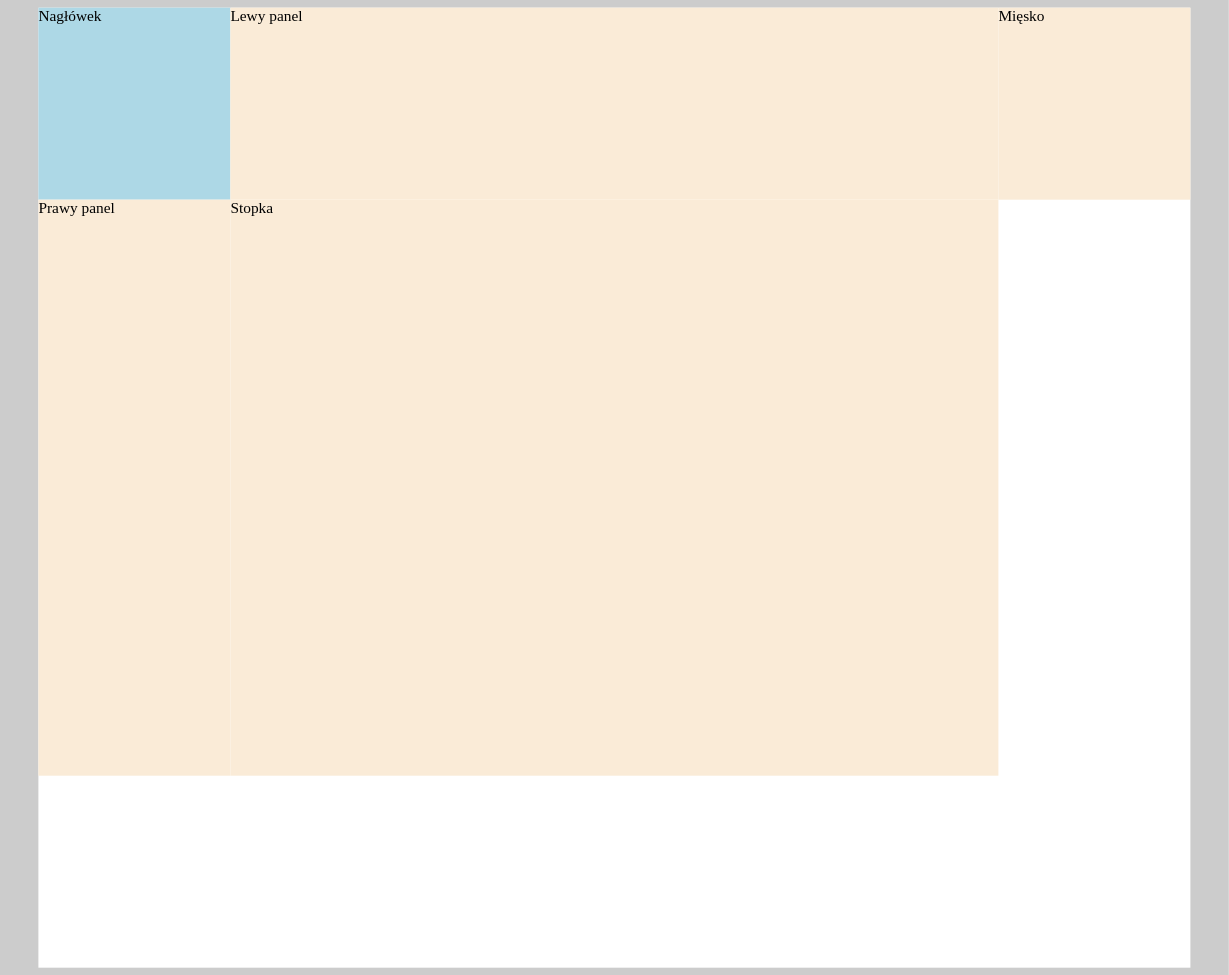
Repository: Gumiin/studia
Page: wykłady/14.04/index.html
The author's editor kept a copy of each file at every save. The page is drawn from the files as they stood at one save, then again after the next save.
The browser window is 1280 px wide. The pictures show the whole page, at 96% of full size.

Above is the page before, as saved 2021-04-14 14:05:33.

### wykłady/14.04/index.html
<!DOCTYPE html>
<html lang="en">
<head>
    <meta charset="UTF-8">
    <meta http-equiv="X-UA-Compatible" content="IE=edge">
    <meta name="viewport" content="width=device-width, initial-scale=1.0">
    <link rel="stylesheet" href="style.css">
    <title>Document</title>
</head>
<body>
    <main>
        <header>Nagłówek</header>
        <aside>Lewy panel</aside>
        <article>Mięsko</article>
        <section>Prawy panel</section>
        <footer>Stopka</footer>
    </main>
</body>
</html>

### wykłady/14.04/style.css
body{
    background-color: #ccc;
}
main{
    margin: 0 auto;
    background:#fff;
    /*height: 800px;*/
    width: 1200px;
    display: grid;
    grid-template-columns: [start] 200px [sl] 800px [thl] 200px [end];
    grid-template-rows: 200px 600px 200px;
    /*grid-auto-rows: 400px;*/
}
main > *{
    background-color: antiquewhite;
}
header{
    background-color: lightblue;
    grid-column-start: start;
    grid-column-end: sl;
    /* grid-row: 1/3; */
    /* grid-column: 1/4; */
}

After the next save:
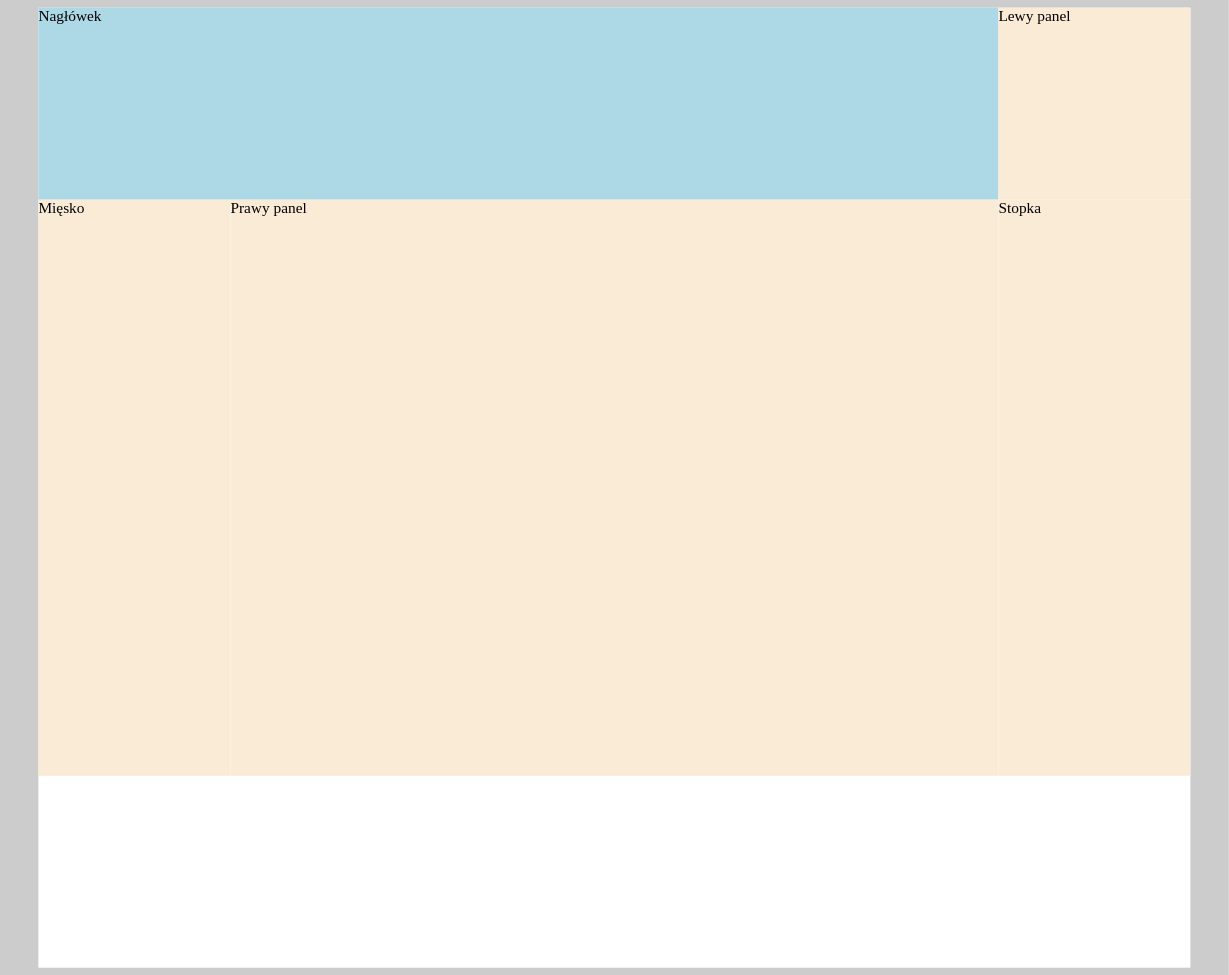
Saved 9 s later.
--- a/wykłady/14.04/style.css
+++ b/wykłady/14.04/style.css
@@ -17,7 +17,7 @@
 header{
     background-color: lightblue;
     grid-column-start: start;
-    grid-column-end: sl;
+    grid-column-end: thl;
     /* grid-row: 1/3; */
     /* grid-column: 1/4; */
 }
